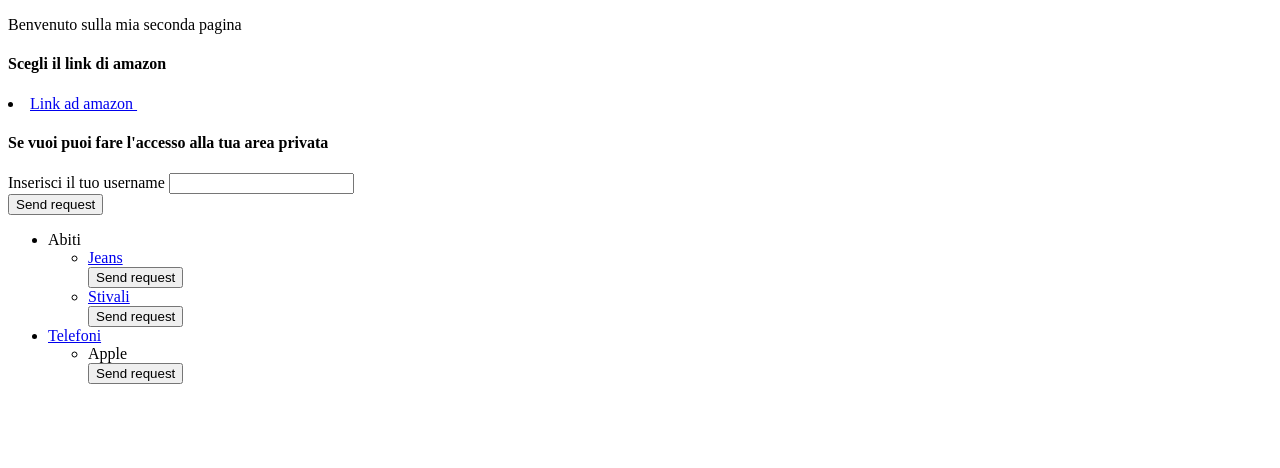
Repository: AndreaGuastaferro/Repository_Andrea_Guastaferro_Front
Page: cartella_html/NUOVO_HTML/Secondo_File.html
These files come from the project's save history. The page is drawn as it stood at one moment and after the next save; the edit follows.
The browser window is 1280 px wide. The pictures show the whole page.

Above is the page before, as saved 2018-10-22 09:16:00.

After the next save:
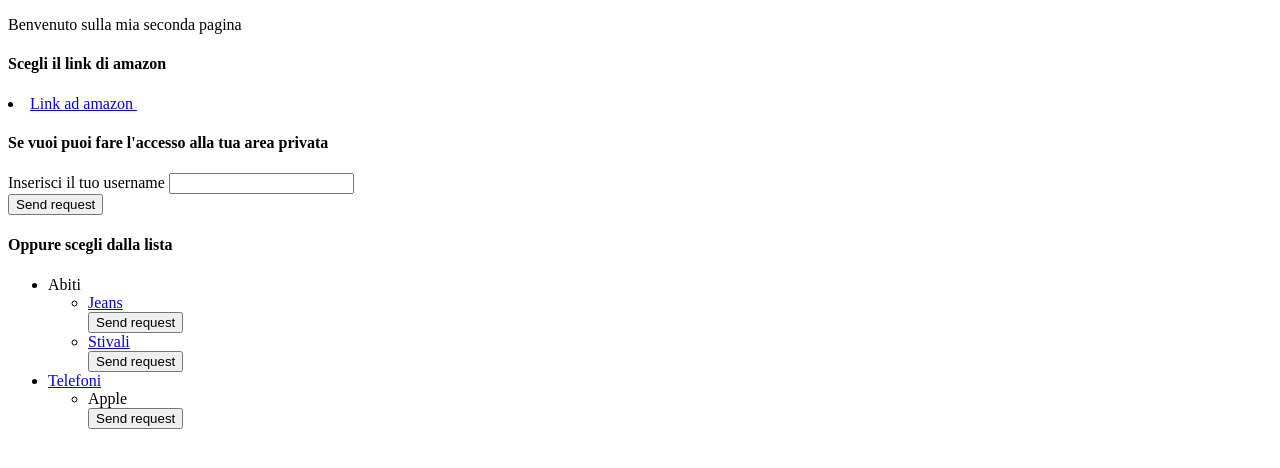
Saved 20 s later.
--- a/cartella_html/NUOVO_HTML/Secondo_File.html
+++ b/cartella_html/NUOVO_HTML/Secondo_File.html
@@ -19,6 +19,7 @@
 					    <input type="submit" value="Send request">
 					  </div>
 			</form>
+			<h4> Oppure scegli dalla lista</h4>
 				<ul>
 					<li><a href= " https://www.amazon.it/b/ref=nav__fashion_man?ie=UTF8&node=5515769031"></a>Abiti</li>
 						<ul>
